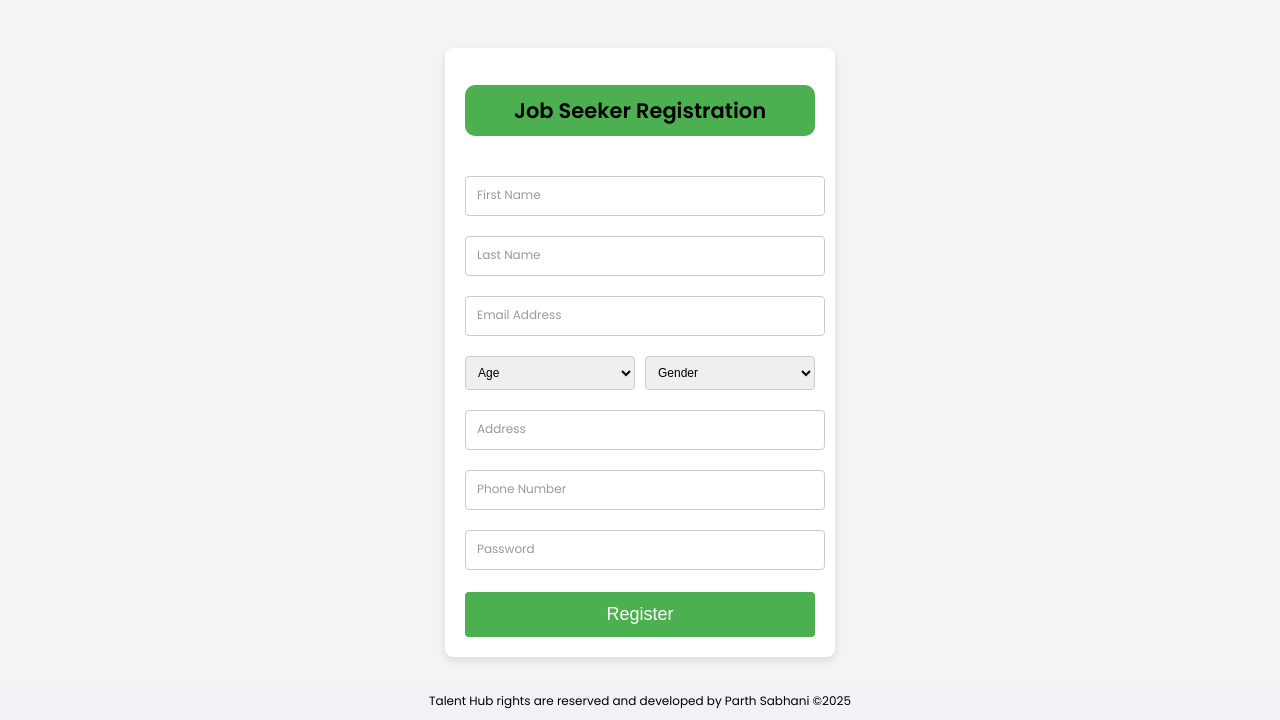
Repository: parthsabhani/Job_Portal_JSP_Servlet
Page: http://localhost/Job_Portal/userRegistration.jsp
An editor plug-in stored every save of this project. The page is shown before and after the next save, followed by the edit.
The browser window is 1280 px wide. The pictures show the whole page.
The page is served by Tomcat 10. Other server files are loaded and not shown.

Above is the page before, as saved 2025-04-23 04:11:43.

### Job_Portal/src/main/webapp/userRegistration.jsp
<%@ page language="java" contentType="text/html; charset=UTF-8"
	pageEncoding="UTF-8"%>
<!DOCTYPE html>
<html lang="en">
<head>
<meta charset="UTF-8">
<meta name="viewport" content="width=device-width, initial-scale=1.0">
<title>Job Seeker Registration</title>

<!-- Import Poppins font -->
<link
	href="https://fonts.googleapis.com/css2?family=Poppins:wght@400;600&display=swap"
	rel="stylesheet">

<!-- Internal CSS -->
<style>
body {
	font-family: 'Poppins', sans-serif;
	background-color: #f4f4f4;
	display: flex;
	justify-content: center;
	align-items: center;
	height: 100%;
}

.registration-container {
	background-color: white;
	padding: 20px;
	margin: 40px;
	border-radius: 8px;
	box-shadow: 0 4px 8px rgba(0, 0, 0, 0.1);
	width: 100%;
	font-size: 14px;
	max-width: 350px;
}

h2 {
	text-align: center;
	background-color: #4CAF50;
	padding: 10px;
	border-radius: 10px;
	margin-bottom: 40px;
}

h2:hover {
	color: white;
}

form {
	display: flex;
	flex-direction: column;
}

.input-container {
	position: relative;
	margin-bottom: 20px;
}

input {
	padding: 12px 0px;
	padding-left: 8px;
	margin: 0;
	border: 1px solid #ccc;
	border-radius: 4px;
	font-size: 12px;
	width: 100%;
	background-color: #fff; /* Keep the input background white */
	z-index: 1; /* Ensure the input stays behind the label */
}

input:focus {
	border-color: #4d90fe;
	outline: none;
}

/* Floating label */
input:focus+label, input:not(:placeholder-shown)+label {
	font-size: 12px;
	color: #4d90fe;
	top: -9px; /* Adjusted to align with the upper edge of the text */
}

label {
	position: absolute;
	top: 10px; /* Slightly adjusted to align with the text */
	left: 8px;
	font-size: 12px;
	transition: all 0.2s ease;
	color: #999;
	pointer-events: none;
	z-index: 2; /* Ensure the label stays above the input */
	background-color: #fff; /* To avoid background showing through */
	padding: 0 4px;
	/* Add some padding to avoid label overlapping input edges */
}

.submit-btn {
	background-color: #4CAF50;
	color: white;
	padding: 12px;
	border: none;
	border-radius: 4px;
	font-size: 18px;
	cursor: pointer;
}

.submit-btn:hover {
	background-color: #45a049;
	color: black;
	border: 2px solid black;
}

.error {
	color: red;
	font-size: 14px;
	margin-top: -10px; text-align : center;
	margin-bottom: 12px;
	text-align: center;
}
</style>
</head>
<body>

	<div class="registration-container">
		<h2>Job Seeker Registration</h2>
		<form action="UserController" method="post" id="registrationForm">

			<!-- Full Name Field -->
			<div class="input-container">
				<input type="text" id="firstName" name="firstName" placeholder=" "
					required> <label for="firstName">First Name</label>
			</div>

			<!-- Last Name Field -->
			<div class="input-container">
				<input type="text" id="lastName" name="lastName" placeholder=" "
					required> <label for="lastName">Last Name</label>
			</div>

			<!-- Email Field -->
			<div class="input-container">
				<input type="email" id="email" name="email" placeholder=" " required>
				<label for="email">Email Address</label>
			</div>

			<!-- Age & Gender Fields -->
			<div
				style="display: flex; justify-content: space-between; gap: 10px; margin-bottom: 20px;">
				<!-- Age Dropdown -->
				<div style="flex: 1;">
					<select name="age" id="age" required
						style="width: 100%; padding: 8px; border-radius: 4px; border: 1px solid #ccc; font-size: 12px;">
						<option value="" disabled selected hidden>Age</option>
						<%
						for (int i = 18; i <= 50; i++) {
						%>
						<option value="<%=i%>"><%=i%></option>
						<%
						}
						%>
					</select>
				</div>

				<!-- Gender Dropdown -->
				<div style="flex: 1;">
					<select name="gender" id="gender" required
						style="width: 100%; padding: 8px; border-radius: 4px; border: 1px solid #ccc; font-size: 12px;">
						<option value="" disabled selected hidden>Gender</option>
						<option value="Male">Male</option>
						<option value="Female">Female</option>
						<option value="Other">Other</option>
					</select>
				</div>
			</div>

			<!-- Address Field -->
			<div class="input-container">
				<input type="text" id="address" name="address" placeholder=" ">
				<label for="address">Address</label>
			</div>

			<!-- Phone Number Field -->
			<div class="input-container">
				<input type="tel" id="phone" name="phone" placeholder=" " required>
				<label for="phone">Phone Number</label>
			</div>

			<!-- Password Field -->
			<div class="input-container">
				<input type="password" id="password" name="password" placeholder=" "
					required> <label for="password">Password</label>
			</div>

			<div id="errorMessages" class="error">
				${ error }
			</div>

			<button type="submit" class="submit-btn" name="value" value="register">Register</button>

		</form>
	</div>


	<!-- Footer Start -->
	<%
    	request.setAttribute("footerStyle", "position: fixed; bottom: 0; width: 100%; padding: 10px 0; background-color: #f0f2f5; color: #000000; text-align: center; font-size: 12px; font-family: 'Poppins', sans-serif;");
	%>
	<jsp:include page="footer.jsp" />
	<!-- Footer End -->
</body>
</html>

### Job_Portal/src/main/webapp/footer.jsp
<%@ page language="java" contentType="text/html; charset=UTF-8"
    pageEncoding="UTF-8"%>
<!DOCTYPE html>
<html>
<head>
<meta charset="UTF-8">
<title>Insert title here</title>
</head>
<body>
<%
    String footerStyle = (String) request.getAttribute("footerStyle");
    if (footerStyle == null) {
        footerStyle = "position: fixed; bottom: 0; width: 100%; padding: 8px 0; background-color: #000; color: white; text-align: center; font-size: 12px; font-family: 'Poppins', sans-serif;";
    }
%>
<footer style="<%= footerStyle %>">
    Talent Hub rights are reserved and developed by Parth Sabhani ©2025
</footer>
</body>
</html>

After the next save:
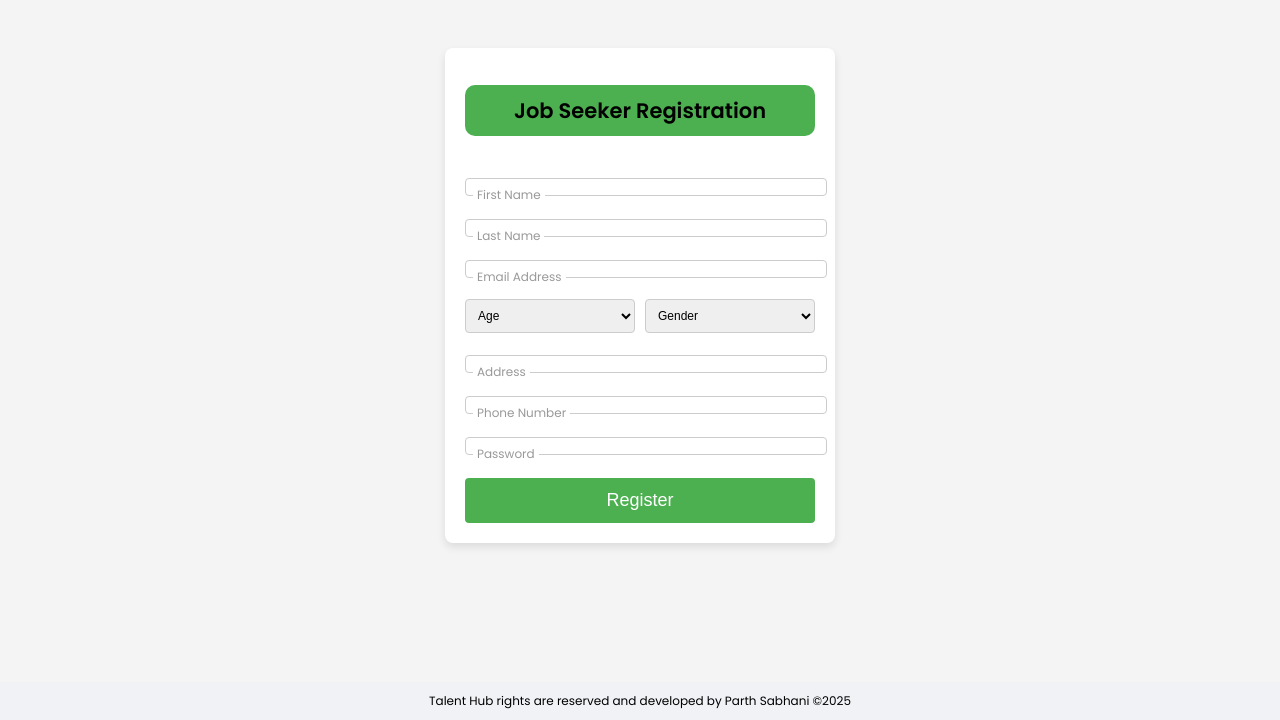
Saved 3 s later.
--- a/Job_Portal/src/main/webapp/userRegistration.jsp
+++ b/Job_Portal/src/main/webapp/userRegistration.jsp
@@ -57,7 +57,7 @@
 }
 
 input {
-	padding: 12px 0px;
+	padding: 12px -100px;
 	padding-left: 8px;
 	margin: 0;
 	border: 1px solid #ccc;

After the 3 saves that followed:
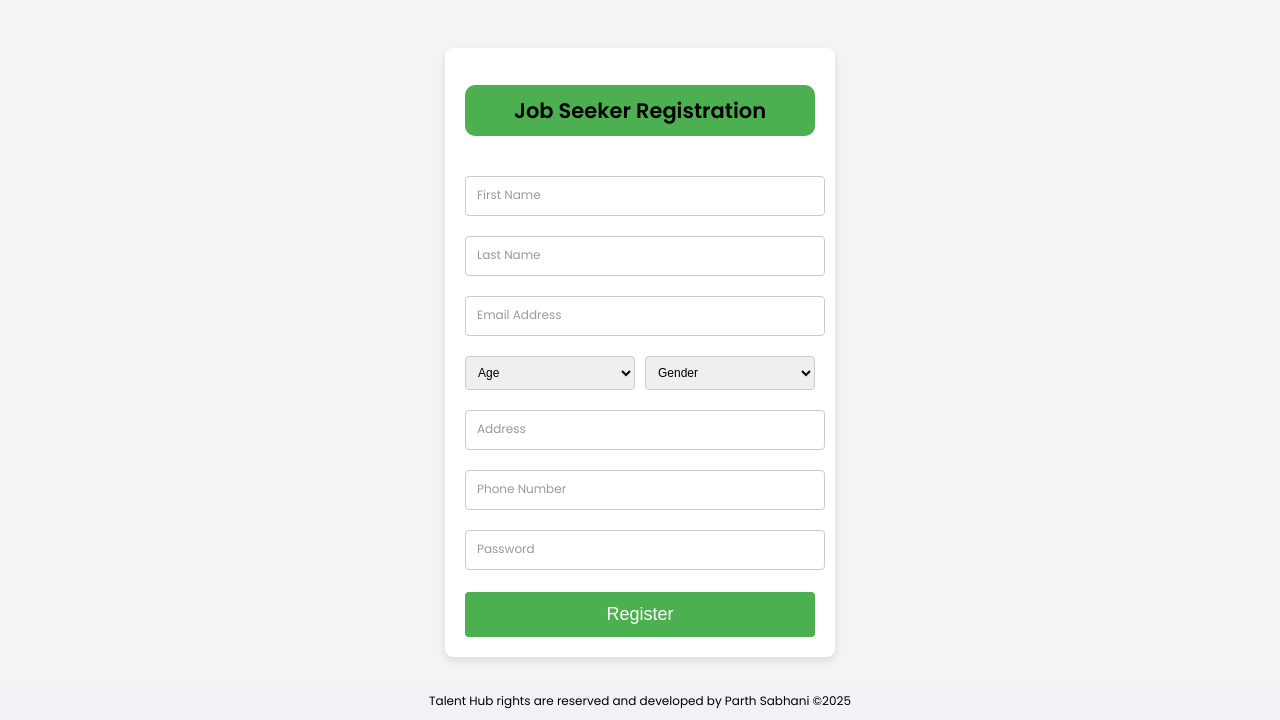
The 3 saves are shown as one change because 2 left the picture as it was.
The last was saved 15 s later.
--- a/Job_Portal/src/main/webapp/userRegistration.jsp
+++ b/Job_Portal/src/main/webapp/userRegistration.jsp
@@ -57,7 +57,7 @@
 }
 
 input {
-	padding: 12px -100px;
+	padding: 12px 0px;
 	padding-left: 8px;
 	margin: 0;
 	border: 1px solid #ccc;
